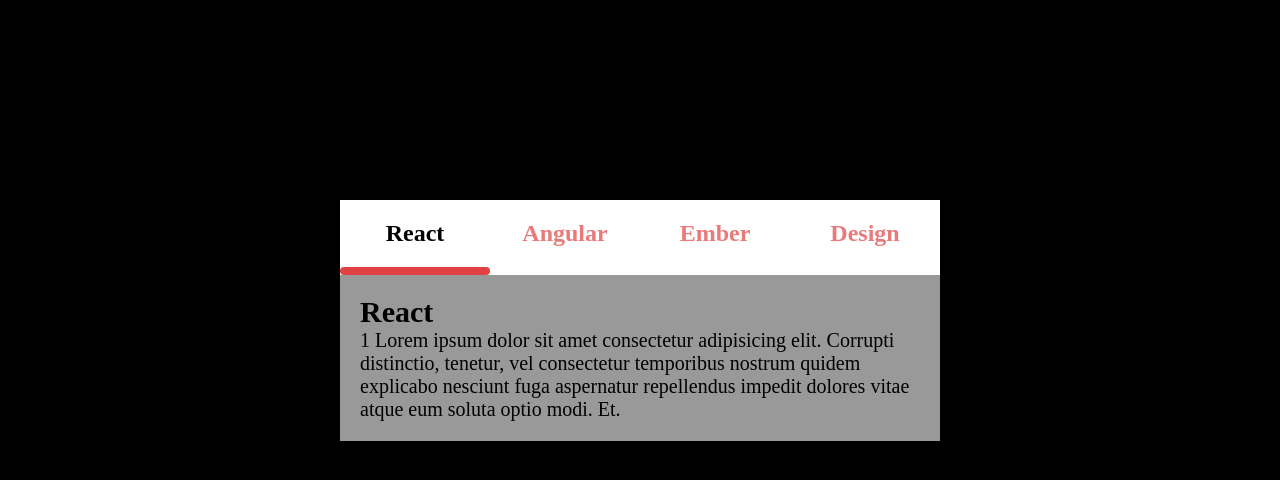
Repository: PCTai/javascript-coban
Page: tab UI/index.html
The author's editor kept a copy of each file at every save. The page is drawn from the files as they stood at one save, then again after the next save.
The browser window is 1280 px wide. The pictures show the whole page.

Above is the page before, as saved 2022-02-10 09:53:11.

### tab UI/index.html
<!DOCTYPE html>
<html lang="en">
<head>
    <meta charset="UTF-8">
    <meta http-equiv="X-UA-Compatible" content="IE=edge">
    <meta name="viewport" content="width=device-width, initial-scale=1.0">
    <title>Document</title>
    <link rel="stylesheet" href="./style.css">
</head>
<body>
    <div class="container">
        <div class="tab">
            <div class="tab-item active">React</div>
            <div class="tab-item">Angular</div>
            <div class="tab-item">Ember</div>
            <div class="tab-item">Design</div>

        </div>
        <div class="tab-line"></div>
        <div class="box">
            <div class="box-item active">
                <h2>React</h2>
                1 Lorem ipsum dolor sit amet consectetur adipisicing elit. Corrupti distinctio, tenetur, vel consectetur temporibus nostrum quidem explicabo nesciunt fuga aspernatur repellendus impedit dolores vitae atque eum soluta optio modi. Et.</div>
            <div class="box-item">
                <h2>Angular</h2>
                2 Lorem ipsum dolor sit amet consectetur adipisicing elit. Neque tempore omnis voluptas laudantium ut aperiam odit deleniti temporibus consequatur dolorem incidunt eveniet officia similique, nulla animi tenetur tempora ab maxime!</div>
            <div class="box-item">
                <h2>Ember</h2>
                3 Lorem ipsum dolor sit, amet consectetur adipisicing elit. Dignissimos dicta fugit error laudantium sunt deleniti nemo excepturi perferendis illo, porro animi commodi quis eaque beatae consectetur rerum magni fugiat libero.</div>
            <div class="box-item">
                <h2>Design</h2>
                4 Lorem ipsum dolor sit amet consectetur adipisicing elit. Est qui rem distinctio, earum dolorem ea doloremque mollitia tenetur architecto adipisci nisi aut dolor odio maxime. Suscipit fuga dolorem itaque beatae!</div>
        </div>

    </div>


    <script src="./app.js"></script>
</body>
</html>

### tab UI/style.css
*{
    margin: 0;
    border: 0;
    padding: 0;
}
body{
    background-color: #000;
}
.container{
    width: 600px;
    margin: auto;
    background-color:#fff;
    margin-top: 200px;

}
.tab{
    display: flex;
}
.tab-item{
    flex: 1;
    text-align: center;
    padding: 20px 0;
    opacity: 70%;
    font-size: 24px;
    font-weight: bold;
    color: rgb(226, 65, 65);
}
.tab-item:hover{
    opacity: 100%;
    color: #000;
    background-color: rgb(250, 239, 239);
}
.tab-line{
    width: 0;
    height: 8px;
    left: 0;
    background-color: rgb(226, 65, 65);
    transition: linear 0.3s;
    border-radius: 5px;
}
.tab .active{
    opacity: 100%;
    color: #000;
}
.box .active{
    display: block;

}
.box{
    background-color: #999;
}

.box-item{
    padding: 20px 20px;
    display: none;
    font-size: 20px;
}

### tab UI/app.js
var tabs=document.querySelectorAll('.container .tab .tab-item');
var boxs=document.querySelectorAll('.box .box-item');
console.log(tabs,boxs);
var TabLine=document.querySelector('.tab-line');
var tabActive=document.querySelector('.tab .active');
console.log([TabLine]);
TabLine.style.width=tabActive.offsetWidth +'px';
TabLine.style.left=tabActive.offsetLeft + 'px';

tabs.forEach((tab,index) => {

    tab.onclick=function(){
        document.querySelector('.tab .active').classList.remove("active");
        tab.classList.add("active");
        document.querySelector('.box .active').classList.remove("active");
        boxs[index].classList.add("active");
        TabLine.style.width=this.offsetWidth + 'px';
        TabLine.style.left=this.offsetLeft + 'px';
    }
});

After the next save:
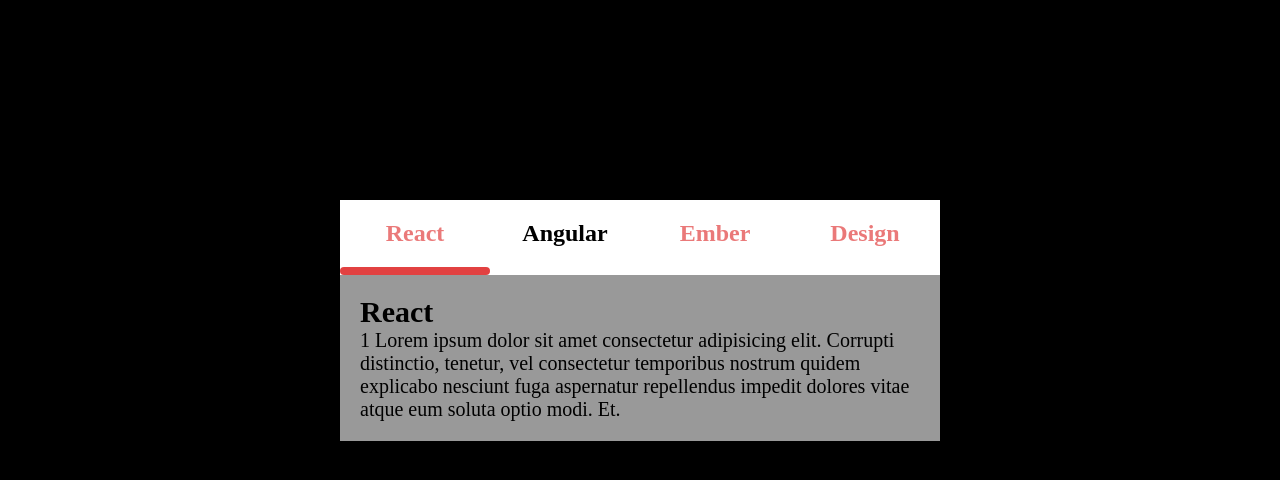
Saved 37 s later.
--- a/tab UI/index.html
+++ b/tab UI/index.html
@@ -10,8 +10,8 @@
 <body>
     <div class="container">
         <div class="tab">
-            <div class="tab-item active">React</div>
-            <div class="tab-item">Angular</div>
+            <div class="tab-item ">React</div>
+            <div class="tab-item active">Angular</div>
             <div class="tab-item">Ember</div>
             <div class="tab-item">Design</div>
 
